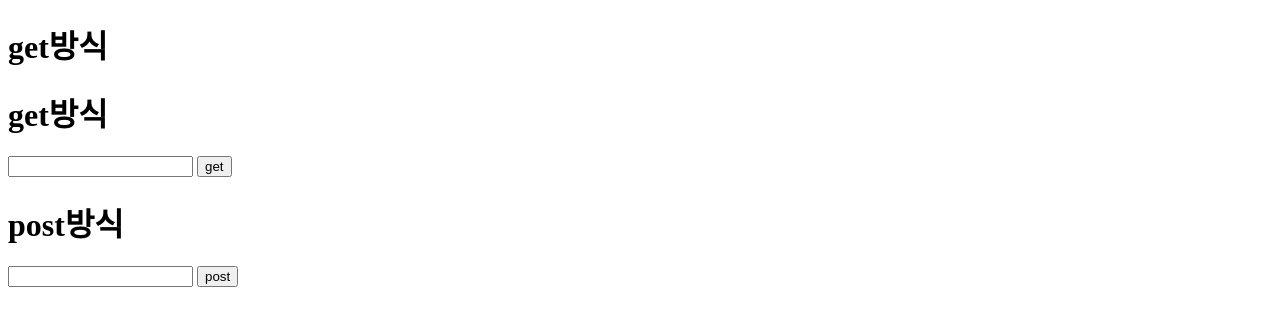
Repository: HeonchanKim/smhrd_jsp
Page: Servlet/src/main/webapp/ex04.html
An editor plug-in stored every save of this project. The page is shown before and after the next save, followed by the edit.
The browser window is 1280 px wide. The pictures show the whole page.

Above is the page before, as saved 2022-01-27 06:47:06.

### Servlet/src/main/webapp/ex04.html
<!DOCTYPE html>
<html>
<head>
<meta charset="EUC-KR">
<title>Insert title here</title>
</head>
<body>
	<!--
		사용자가 서버프로그램으로 값을 보낼 수 있는 두가지 방법
		get : URL을 통해서 데이터를 전달 / 보안 X / 보내는 데이터크기에 제한 / 빠름
			  URL(ISO-8859-1 - > euc-kr>

		post :
	 -->

	 <h1>get방식</h1>
	 <h1>get방식</h1>
	<form action="ex04" method="get">
		<input type="text" name="text">
		<input type="submit" value="get">
	</form>


	 <h1>post방식</h1>
	<form action="ex04" method="post">
		<input type="text" name="text">
		<input type="submit" value="post">
	</form>


</body>
</html>

After the next save:
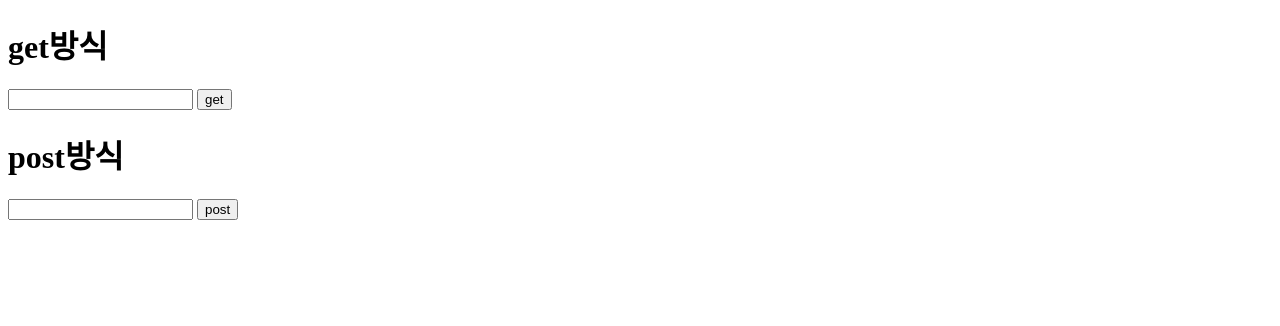
Saved 7 s later.
--- a/Servlet/src/main/webapp/ex04.html
+++ b/Servlet/src/main/webapp/ex04.html
@@ -14,7 +14,6 @@
 	 -->
 
 	 <h1>get방식</h1>
-	 <h1>get방식</h1>
 	<form action="ex04" method="get">
 		<input type="text" name="text">
 		<input type="submit" value="get">
